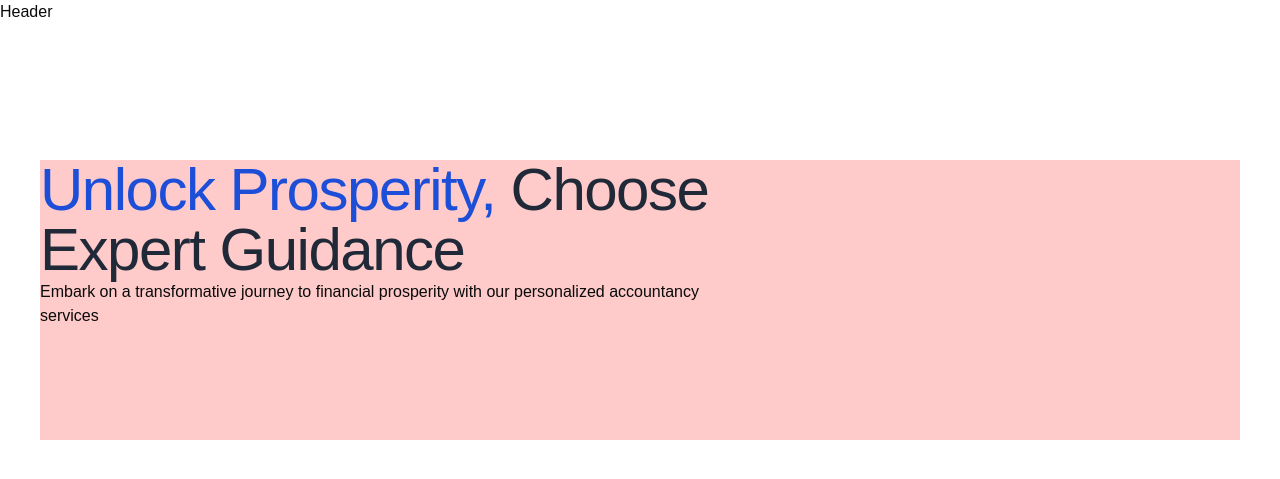
Repository: vespersolutionspk18/integrast-website
Page: /
The author's editor kept a copy of each file at every save. The page is drawn from the files as they stood at one save, then again after the next save.
The browser window is 1280 px wide. The pictures show the whole page.
The project was rebuilt for these pictures with package versions that can differ from the ones it lists, and the page was loaded fresh each time. The framework's server and built-in components were replaced by stand-ins that run in the browser. Also part of the build but not shown: next.config.ts.

Above is the page before, as saved 2024-12-09 14:44:46.

### app/page.tsx
import Image from "next/image";
import Header from "./Header";
import Hero from "./Hero";

export default function Home() {
  return (
    <div>
      <Header />
      <Hero />
    </div>
  );
}

### app/Hero.tsx
import React from 'react'

const Hero = () => {
  return (
    <div className="flex flex-col p-10 ">
        <div className="flex flex-row mt-24 h-[280px] bg-red-200">
            <div className="w-[60%] flex flex-col">
                <h1 className="font-light text-6xl text-blue-700 tracking-tight">Unlock Prosperity, <span className="text-gray-800">Choose Expert Guidance</span></h1>
                <h4>Embark on a transformative journey to financial prosperity with our personalized accountancy services</h4>
            </div>
        </div>
    </div>
  )
}

export default Hero

Loaded but not shown: app/layout.tsx (common file); app/globals.css (common file); app/Header.tsx (common file); tailwind.config.ts (common file)

After the next save:
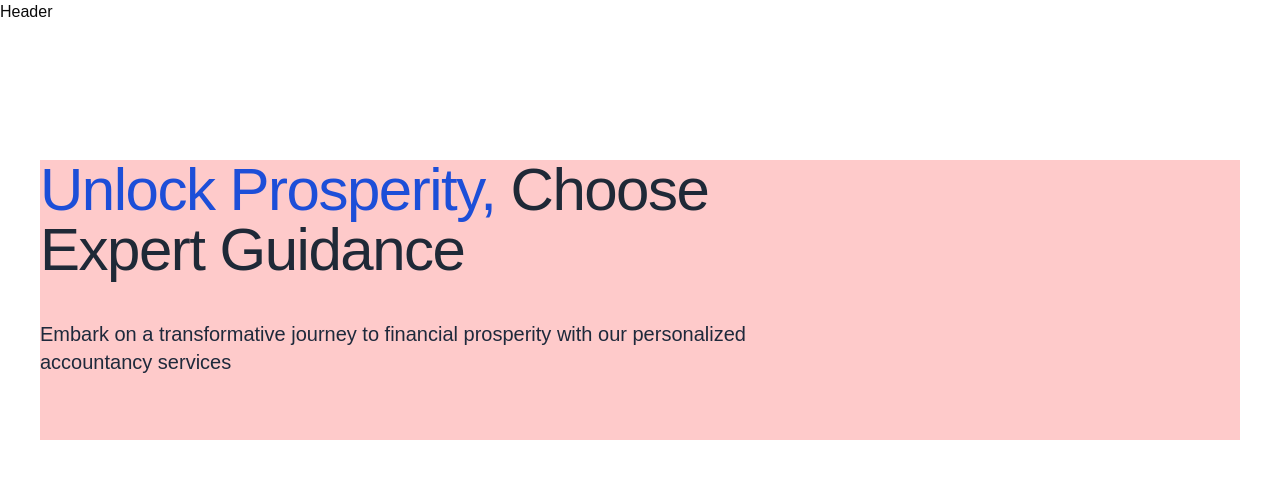
Saved 22 s later.
--- a/app/Hero.tsx
+++ b/app/Hero.tsx
@@ -6,7 +6,7 @@ const Hero = () => {
         <div className="flex flex-row mt-24 h-[280px] bg-red-200">
             <div className="w-[60%] flex flex-col">
                 <h1 className="font-light text-6xl text-blue-700 tracking-tight">Unlock Prosperity, <span className="text-gray-800">Choose Expert Guidance</span></h1>
-                <h4>Embark on a transformative journey to financial prosperity with our personalized accountancy services</h4>
+                <h4 className="text-xl text-slate-800 mt-10">Embark on a transformative journey to financial prosperity with our personalized accountancy services</h4>
             </div>
         </div>
     </div>
